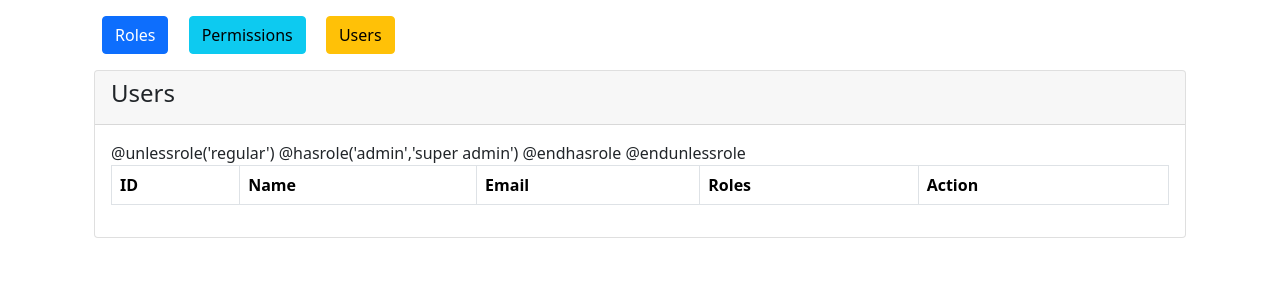
Repository: viisantos/permission_demo
Page: http://localhost/users
An editor plug-in stored every save of this project. The page is shown before and after the next save, followed by the edit.
The browser window is 1280 px wide. The pictures show the whole page.
The page is served by the project's Laravel application, run on PHP 8.4 with Laravel 10. Other server files are loaded and not shown. Queries for data that is not in the repository find no rows.

Above is the page before, as saved 2024-06-22 17:53:22.

### routes/web.php
<?php

use App\Http\Controllers\ProfileController;
use Illuminate\Support\Facades\Route;

/*
|--------------------------------------------------------------------------
| Web Routes
|--------------------------------------------------------------------------
|
| Here is where you can register web routes for your application. These
| routes are loaded by the RouteServiceProvider and all of them will
| be assigned to the "web" middleware group. Make something great!
|
*/

Route::get('/', function () {
    return view('welcome');
});

Route::get('/dashboard', function () {
    return view('dashboard');
})->middleware(['auth', 'verified'])->name('dashboard');

/*
Route::middleware('auth')->group(function () {

});*/

Route::group(['middleware' => ['role:super-admin|admin|regular']], function () {
    Route::get('/profile', [ProfileController::class, 'edit'])->name('profile.edit');
    Route::patch('/profile', [ProfileController::class, 'update'])->name('profile.update');
    Route::delete('/profile', [ProfileController::class, 'destroy'])->name('profile.destroy');
    Route::name('profile.destroy')->middleware('permission:delete role');
    Route::resource('permissions', App\Http\Controllers\PermissionController::class);
    //Route::get('permissions/{permissionId}/delete', [App\Http\Controllers\PermissionController::class, 'destroy']);
    Route::resource('roles', App\Http\Controllers\RoleController::class);
   // Route::get('roles/{roleId}/delete', [App\Http\Controllers\RoleController::class, 'destroy']);
    Route::get('roles/{role}/add-permissions', [App\Http\Controllers\RoleController::class, 'addPermissionToRole'])->name('roles.add-permissions');
    Route::put('roles/{role}/give-permissions', [App\Http\Controllers\RoleController::class, 'givePermissionToRole'])->name('roles.give-permissions');
    Route::resource('users', App\Http\Controllers\UserController::class);
    //Route::get('users/{userId}/delete', [App\Http\Controllers\UserController::class, 'destroy']);
});

require __DIR__.'/auth.php';

### app/Http/Controllers/UserController.php
<?php

namespace App\Http\Controllers;

use Illuminate\Http\Request;
use App\Models\User;
use Illuminate\Support\Facades\Hash;
use Spatie\Permission\Models\Role;

class UserController extends Controller
{
    public function __construct(){
        $this->middleware('permission:delete user', ['only' => ['destroy']]);
        $this->middleware('permission:update user', ['only' => ['update','edit']]);
        $this->middleware('permission:view user',   ['only' => ['index','show']]);
        $this->middleware('permission:create user', ['only' => ['create','store']]);
    }
    public function index(){
        $users = User::get();
        return view('role-permission.user.index', compact('users'));
    }

    public function create(){
        $roles = Role::pluck('name','name')->all();
        return view('role-permission.user.create', compact('roles'));
    }
    public function store(Request $request){
      /*
        $request->validate([
            'name' => 'required|string|max:255',
            'email' => 'required|email|max:255',
            'password' => 'required|string|min:8|max:20',
            'roles' => 'required'
        ]);*/


        $user = User::create([
            'name'  => $request->name,
            'email' => $request->email,
            'password' => Hash::make($request->password),
        ]);


        $user->syncRoles($request->roles);


        return redirect('/users')->with('status','User created successfully with roles');

    }

    public function edit(User $user){
        $roles = Role::pluck('name','name')->all();
        $userRoles = $user->roles->pluck('name','name')->all();
        return view('role-permission.user.edit', compact('user','roles','userRoles'));
    }

    public function update(Request $request, User $user){

        $data = [
            'name'  => $request->name,
            'email' => $request->email
        ];

        if(!empty($request->password)){
            $data += [
                'password' => Hash::make($request->password),
            ];
        }

        $user->update($data);
        $user->syncRoles($request->roles);

        return redirect('/users')->with('status','User updated successfully');
    }

    public function destroy(User $user){
        //$user = User::findOrFail($userId);
        $user->delete();
        return redirect('/users')->with('status','User deleted successfully');
    }
}

### resources/views/role-permission/user/index.blade.php
<head>
    <link href="https://cdn.jsdelivr.net/npm/bootstrap@5.3.2/dist/css/bootstrap.min.css" rel="stylesheet" integrity="sha384-T3c6CoIi6uLrA9TneNEoa7RxnatzjcDSCmG1MXxSR1GAsXEV/Dwwykc2MPK8M2HN" crossorigin="anonymous">
    <link rel="stylesheet" href="https://cdn.jsdelivr.net/npm/bootstrap@5.1.3/dist/css/bootstrap.min.css" />
</head>
@include('role-permission.nav-links')
<div class="container">
    <div class="row">
        <div class="col-md-12">
            @if(session('status'))
                <div class="alert alert-success">
                    {{ session('status') }}
                </div>
            @endif
            <div class="card mt-3">
                <div class="card-header">
                    <h4>Users</h4>
                    @can('create user')
                        <a href="{{ route('users.create') }}" class="btn btn-primary float-end">Add User</a>
                    @endcan
                </div>
                <div class="card-body">
                    <table class="table table-bordered table-striped">
                        <thead>
                            <tr>
                                <th>ID</th>
                                <th>Name</th>
                                <th>Email</th>
                                <th>Roles</th>

                                @unlessrole('regular')
                                    @hasrole('admin','super admin')
                                        <th>Action</th>
                                    @endhasrole
                                @endunlessrole

                            </tr>
                        </thead>
                        <tbody>
                            @foreach($users as $user)
                                <tr>
                                    <td>{{ $user->id }}</td>
                                    <td>{{ $user->name }}</td>
                                    <td>{{ $user->email }}</td>
                                    <td>
                                        @if(!empty($user->getRoleNames()))
                                            @foreach($user->getRoleNames() as $rolename)
                                                <label class="badge bg-primary mx-1">{{ $rolename }}</label>
                                            @endforeach
                                        @endif
                                    </td>
                                    @unlessrole('regular')
                                        @hasrole('admin')
                                            <td>
                                                @can('update user')
                                                    <a href="{{ route('users.edit', ['user' => $user->id]) }}" class="btn btn-success">Edit</a>
                                                @endcan
                                                @can('delete user')
                                                    <form action="{{ route('users.destroy', $user->id) }}" method="POST" style="display: inline;">
                                                        @csrf
                                                        @method('DELETE')
                                                        <button type="submit" class="btn btn-danger">Delete</button>
                                                    </form>
                                                @endcan
                                            </td>
                                        @endhasrole
                                    @endunlessrole
                                </tr>
                            @endforeach
                        </tbody>
                    </table>
                </div>
            </div>
        </div>
    </div>
</div>

### resources/views/role-permission/nav-links.blade.php
<div class="container mt-3">
    <a href="{{ route('roles.index') }}" class="btn btn-primary mx-2">Roles</a>
    <a href="{{ route('permissions.index') }}" class="btn btn-info mx-2">Permissions</a>
    <a href="{{ route('users.index') }}" class="btn btn-warning mx-2">Users</a>
</div>

Loaded but not shown: routes/auth.php (common file); app/Http/Controllers/Auth/EmailVerificationPromptController.php (common file); app/Http/Controllers/Controller.php (common file); app/Http/Controllers/Auth/VerifyEmailController.php (common file); app/Models/User.php (common file)

After the next save:
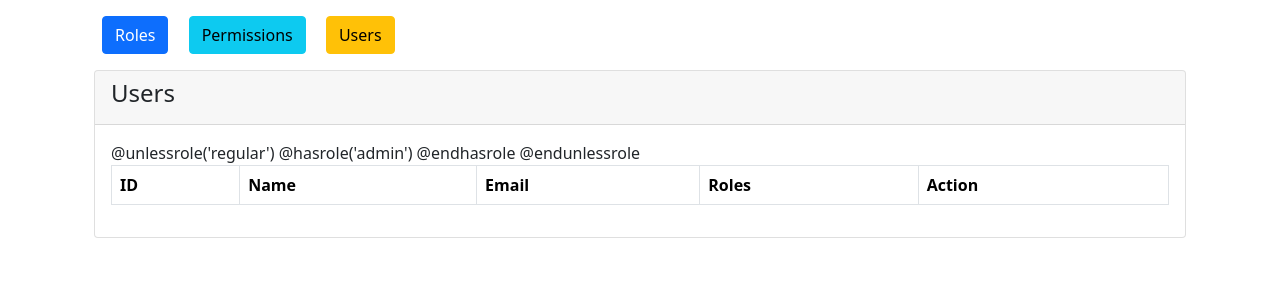
Saved 13 s later.
--- a/resources/views/role-permission/user/index.blade.php
+++ b/resources/views/role-permission/user/index.blade.php
@@ -28,7 +28,7 @@
                                 <th>Roles</th>
 
                                 @unlessrole('regular')
-                                    @hasrole('admin','super admin')
+                                    @hasrole('admin')
                                         <th>Action</th>
                                     @endhasrole
                                 @endunlessrole
